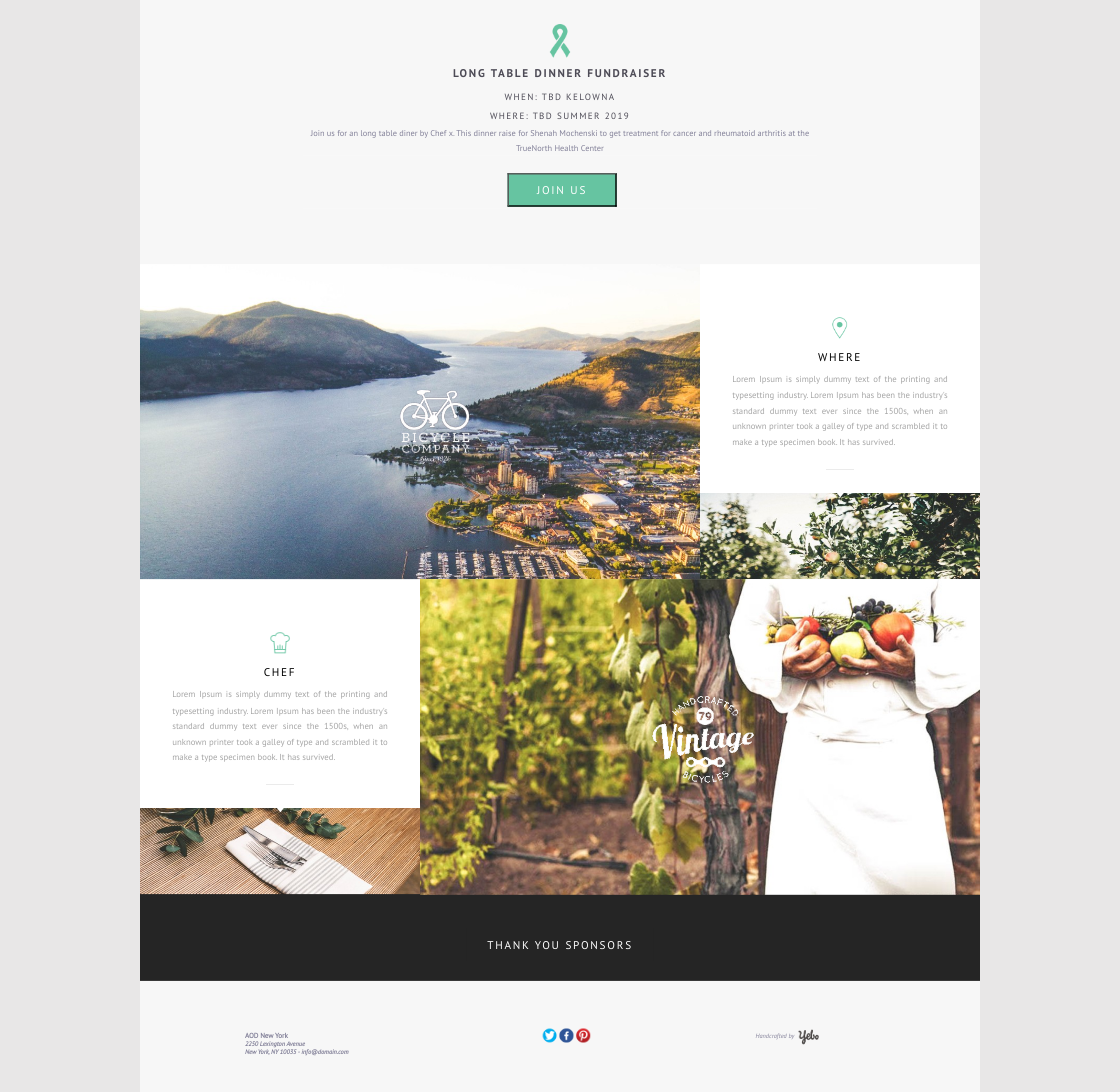
Repository: vancodes/longtable
Page: index.html
An editor plug-in stored every save of this project. The page is shown before and after the next save, followed by the edit.
The browser window is 1280 px wide. The page is 1600 px wide, so the pictures cover 1600 px, including what lies to the right of the window. The pictures show the part of the page from y = 796 to 2356 px (the page is 2356 px tall), at 70% of full size.

Above is the page before, as saved 2019-04-08 15:43:11.

After the next save:
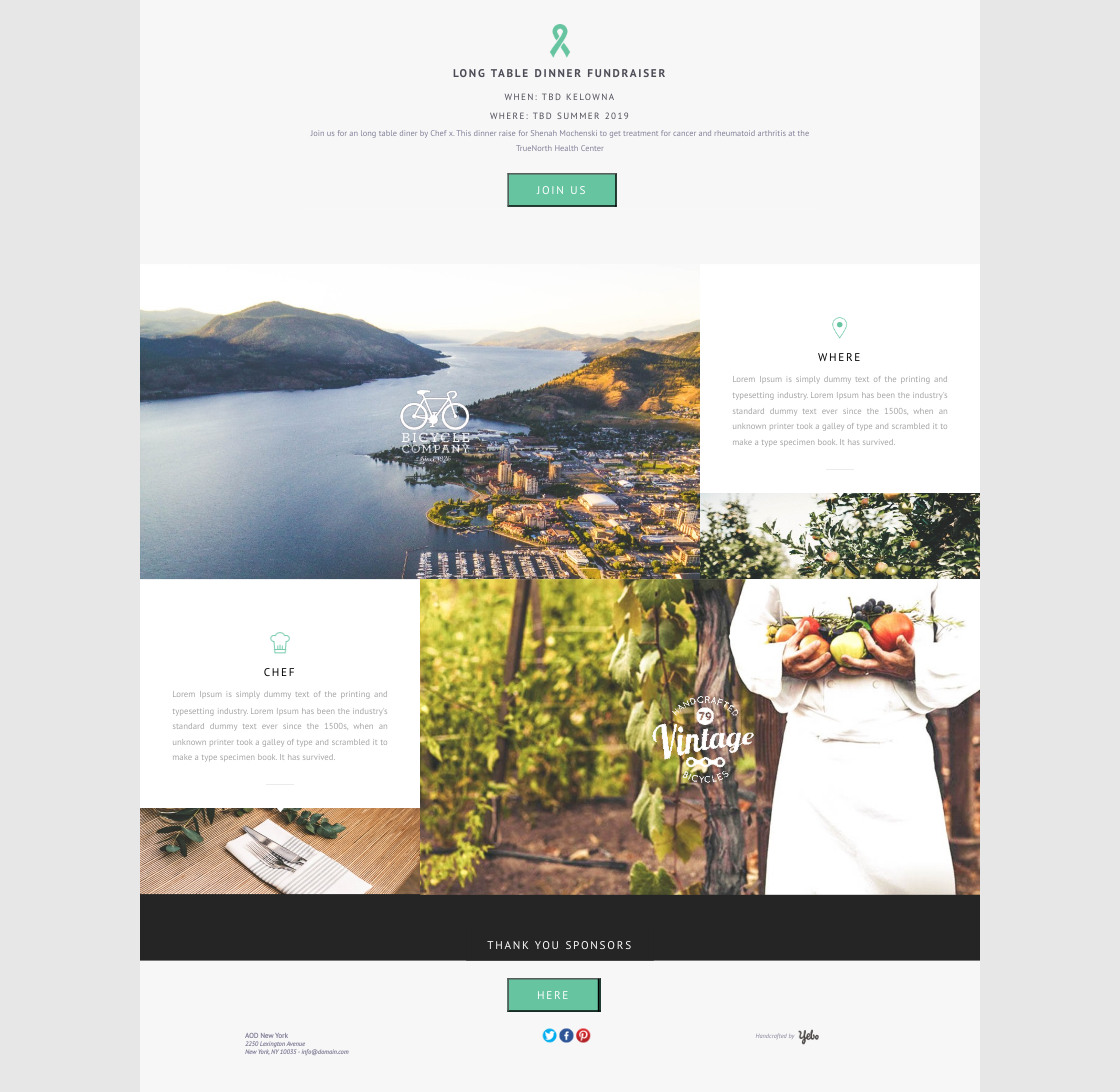
Saved 10 min 36 s later.
--- a/index.html
+++ b/index.html
@@ -180,6 +180,12 @@
           <div class="discover-text">
             <button>Thank You Sponsors</button>
           </div>
+        <div class="email-container">
+            <button>YOUR</button>
+            <button>LOGO</button>
+            <button>HERE</button>
+          </div>
+      </div>
         </div>
       </div>
       <div class="main" align="center">
